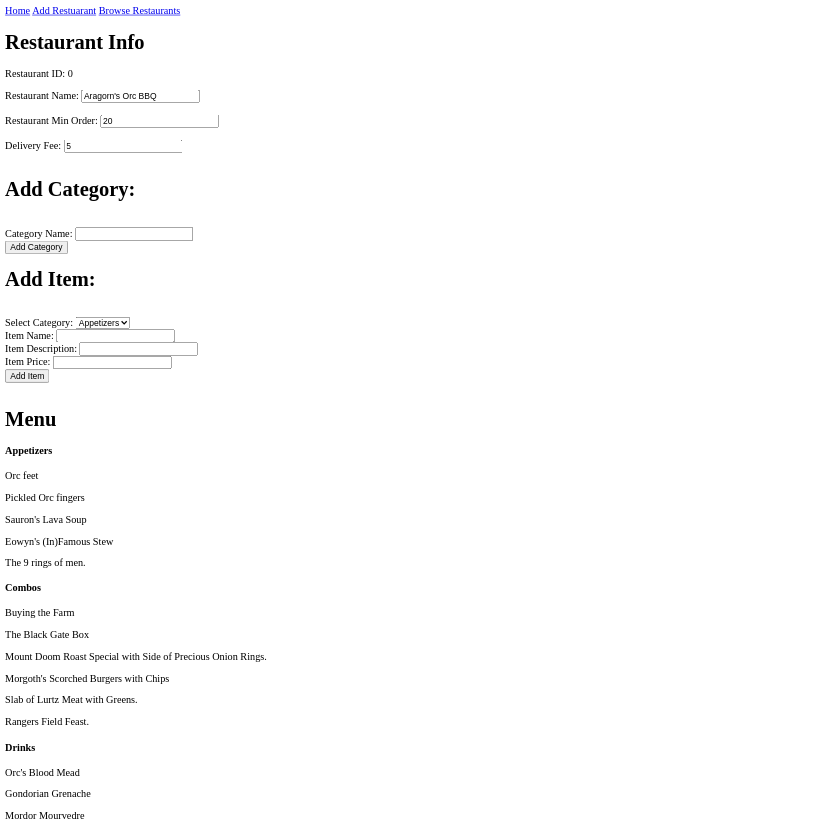
Repository: hudaali14/Carleton
Page: http://localhost/restaurants/0
An editor plug-in stored every save of this project. The page is shown before and after the next save, followed by the edit.
The browser window is 1280 px wide. The pictures show the whole page, at 64% of full size.
The page is served by the project's Node server (server.js).

Above is the page before, as saved 2020-03-12 18:34:43.

### 2406/Assignments/Assignment3 (100)/views/pages/restaurantpage.pug
html
    head
        title  You Want Food?
body
    include ../partials/header

    h1 Restaurant Info
    p Restaurant ID: #{restaurant.id}
    | Restaurant Name:
    input(type= "text", id="restaurantnamepage", value = restaurant.name)
    br
    br
    | Restaurant Min Order:
    input(type= "text", id="restaurantname", value = restaurant.min_order)
    br
    br
    | Delivery Fee:
    input(type= "text", id="restaurantname", value = restaurant.delivery_fee)
    br
    br

    h1 Add Category:
    br
    | Category Name:
    input(type= "text", id="restaurantname")
    br

    button(type="button", id="submitbutton") Add Category


    h1 Add Item:
    br
    | Select Category:
    - let menu = Object.keys(restaurant.menu);
    select
        each category in menu
            option=category
    br
    | Item Name:
    input(type= "text", id="restaurantnamepage")
    br
    | Item Description:
    input(type= "text", id="restaurantname")
    br
    | Item Price:
    input(type= "text", id="restaurantname")
    br
    button(type="button", id="additembutton") Add Item
    br
    br

    h1 Menu

    each category in menu
        h4 #{category}
        - let items = Object.keys(restaurant.menu[category])
        each id in items
            - let item = restaurant.menu[category][id];
            p #{item.name}

### 2406/Assignments/Assignment3 (100)/views/partials/header.pug
div#header
	a(href="/") Home
	|
	a(href="/addrestaurant") Add Restuarant
	|
	a(href="/restaurants") Browse Restaurants
	|

### 2406/Assignments/Assignment3 (100)/server.js
const express = require('express');
const fs = require("fs");
let app = express();


app.set("view engine", "pug");
app.use(express.json())

// app.use(bodyParser.json());
// app.use(bodyParser.urlencoded({ extended: true }));

let restaurants = [];
let restaurantNames = {names: []};
let restaurantIDs = {restaurants: []};
let id = 0;

//Reads all files in restaurant directory
fs.readdir("./restaurants/", function(err, filenames) {
    if (err) {
        response.statusCode = 500;
        response.end("Error reading file.");
        return;
    }
    filenames.forEach(function(filename) {
        fs.readFile("./restaurants/" + filename, 'utf-8', function(err, content) {
            if (err) {
                response.statusCode = 500;
                response.end("Error reading file.");
                return;
			}
            //Saves files to restaurant array
            let res = JSON.parse(content);
			restaurants[res.id] = res;
			//Saves names in restuarantNames array
            restaurantNames.names.push({name: restaurants[res.id].name, id: restaurants[res.id].id});
            restaurantIDs.restaurants.push(restaurants[res.id].id);
            id++;
		});
    });
});

app.get("/", setPage);
app.get("/restaurants", getRestaurants);
app.get("/addrestaurant", addRestaurant);
app.get("/client.js", getClient);
app.get("/restaurants/:restID", getRestaurantId);
app.post("/restaurants", createRestaurant);


function setPage(req, res, next){
    res.format({
        "text/html": function(){
            res.status(200).render("pages/home");
        }
    });
}

function getRestaurants(req, res, next){
    res.format({
        "text/html": function(){
            res.status(200).render("pages/restaurants", {restaurantNames: restaurantNames.names});
        },
        "application/json": function(){
            res.status(200).json(restaurantIDs);
        }
    });
}

function addRestaurant(req, res, next){
    res.format({
        "text/html": function(){
            res.status(200).render("pages/addrestaurant");
        }
    });
}

function getClient(req, res, next){
    fs.readFile("client.js", function(err, data){
        if(err){
            res.statusCode = 500;
            res.end("Error reading file.");
            return;
        }
        res.status(200).send(data);
        return;
    });
}

function createRestaurant(req, res, next){
    res.format({
        "application/json": function(){
            let restaurant = {};
            restaurant.id = id;
            id++;
            restaurant.name = req.body.name;
            restaurant.delivery_fee = parseInt(req.body.delivery_fee);
            restaurant.min_order= parseInt(req.body.min_order);
            restaurant.menu = {};
            restaurants[restaurant.id] = restaurant;
            res.status(200).json(restaurant);

        }
    });
}

function getRestaurantId(req, res, next){
    let resid = req.url.split("/");
    res.format({
        "text/html": function(){
            res.status(200).render("pages/restaurantpage", {restaurant: restaurants[resid[2]]});
        },
        "application/json": function(){
            res.status(200).json(restaurants[resid[2]]);
        }
    });
}

app.listen(3000);
console.log("Server listening at http://localhost:3000");

### 2406/Assignments/Assignment3 (100)/restaurants/aragorn.json
{
  "id": 0,
  "name": "Aragorn's Orc BBQ",
  "min_order": 20,
  "delivery_fee": 5,
  "menu": {
    "Appetizers": {
      "0": {
        "name": "Orc feet",
        "description": "Seasoned and grilled over an open flame.",
        "price": 5.5
      },
      "1": {
        "name": "Pickled Orc fingers",
        "description": "Served with warm bread, 5 per order.",
        "price": 4
      },
      "2": {
        "name": "Sauron's Lava Soup",
        "description": "It's just really spicy water.",
        "price": 7.5
      },
      "3": {
        "name": "Eowyn's (In)Famous Stew",
        "description": "Bet you can't eat it all.",
        "price": 0.5
      },
      "4": {
        "name": "The 9 rings of men.",
        "description": "The finest of onion rings served with 9 different dipping sauces.",
        "price": 14.5
      }
    },
    "Combos": {
      "5": {
        "name": "Buying the Farm",
        "description": "An arm and a leg, a side of cheek meat, and a buttered biscuit.",
        "price": 15.99
      },
      "6": {
        "name": "The Black Gate Box",
        "description": "Lots of unidentified pieces. Serves 50.",
        "price": 65
      },
      "7": {
        "name": "Mount Doom Roast Special with Side of Precious Onion Rings.",
        "description": "Smeagol's favorite.",
        "price": 15.75
      },
      "8": {
        "name": "Morgoth's Scorched Burgers with Chips",
        "description": "Blackened beyond recognition.",
        "price": 13.33
      },
      "10": {
        "name": "Slab of Lurtz Meat with Greens.",
        "description": "Get it while supplies last.",
        "price": 17.5
      },
      "11": {
        "name": "Rangers Field Feast.",
        "description": "Is it chicken? Is it rabbit? Or...",
        "price": 5.99
      }
    },
    "Drinks": {
      "12": {
        "name": "Orc's Blood Mead",
        "description": "It's actually raspberries - Orc's blood would be gross.",
        "price": 5.99
      },
      "13": {
        "name": "Gondorian Grenache",
        "description": "A fine rose wine.",
        "price": 7.99
      },
      "14": {
        "name": "Mordor Mourvedre",
        "description": "A less-fine rose wine.",
        "price": 5.99
      }
    }
  }
}

### 2406/Assignments/Assignment3 (100)/restaurants/frodo.json
{
  "id": 2,
  "name": "Frodo's Flapjacks",
  "min_order": 35,
  "delivery_fee": 6,
  "menu": {
    "Breakfast": {
      "0": {
        "name": "Hobbit Hash",
        "description": "Five flapjacks, potatoes, leeks, garlic, cheese.",
        "price": 9
      },
      "1": {
        "name": "The Full Flapjack Breakfast",
        "description": "Eight flapjacks, two sausages, 3 eggs, 4 slices of bacon, beans, and a coffee.",
        "price": 14
      },
      "2": {
        "name": "Southfarthing Slammer",
        "description": "15 flapjacks and 2 pints of syrup.",
        "price": 12
      }
    },
    "Second Breakfast": {
      "3": {
        "name": "Beorning Breakfast",
        "description": "6 flapjacks smothers in honey.",
        "price": 7.5
      },
      "4": {
        "name": "Shire Strawberry Special",
        "description": "6 flapjacks and a hearty serving of strawberry jam.",
        "price": 8
      },
      "5": {
        "name": "Buckland Blackberry Breakfast",
        "description": "6 flapjacks covered in fresh blackberries. Served with a large side of sausage.",
        "price": 14.99
      }
    },
    "Elevenses": {
      "6": {
        "name": "Lembas",
        "description": "Three pieces of traditional Elvish Waybread",
        "price": 7.7
      },
      "7": {
        "name": "Muffins of the Marish",
        "description": "A variety of 8 different types of muffins, served with tea.",
        "price": 9
      },
      "8": {
        "name": "Hasty Hobbit Hash",
        "description": "Potatoes with onions and cheese. Served with coffee.",
        "price": 5
      }
    },
    "Luncheon": {
      "9": {
        "name": "Shepherd's Pie",
        "description": "A classic. Includes 3 pies.",
        "price": 15.99
      },
      "10": {
        "name": "Roast Pork",
        "description": "An entire pig slow-roasted over a fire.",
        "price": 27.99
      },
      "11": {
        "name": "Fish and Chips",
        "description": "Fish - fried. Chips - nice and crispy.",
        "price": 5.99
      }
    },
    "Afternoon Tea": {
      "12": {
        "name": "Tea",
        "description": "Served with sugar and cream.",
        "price": 3
      },
      "13": {
        "name": "Coffee",
        "description": "Served with sugar and cream.",
        "price": 3.5
      },
      "14": {
        "name": "Cookies and Cream",
        "description": "A dozen cookies served with a vat of cream.",
        "price": 15.99
      },
      "15": {
        "name": "Mixed Berry Pie",
        "description": "Fresh baked daily.",
        "price": 7
      }
    },
    "Dinner": {
      "16": {
        "name": "Po-ta-to Platter",
        "description": "Boiled. Mashed. Stuck in a stew.",
        "price": 6
      },
      "17": {
        "name": "Bree and Apple",
        "description": "One wheel of brie with slices of apple.",
        "price": 7.99
      },
      "18": {
        "name": "Maggot's Mushroom Mashup",
        "description": "It sounds disgusting, but its pretty good",
        "price": 6.5
      },
      "19": {
        "name": "Fresh Baked Bread",
        "description": "A whole loaf of the finest bread the Shire has to offer.",
        "price": 6
      },
      "20": {
        "name": "Pint of Ale",
        "description": "Yes, it comes in pints.",
        "price": 5
      }
    },
    "Supper": {
      "21": {
        "name": "Sausage Sandwich",
        "description": "Six whole sausages served on a loaf of bread. Covered in onions, mushrooms and gravy.",
        "price": 15.99
      },
      "22": {
        "name": "Shire Supper",
        "description": "End the day as you started it, with a dozen flapjacks, 5 eggs, 3 sausages, 7 pieces of bacon, and a pint of ale.",
        "price": 37.99
      }
    }
  }
}

### 2406/Assignments/Assignment3 (100)/restaurants/legolas.json
{
  "id": 1,
  "name": "Lembas by Legolas",
  "min_order": 15,
  "delivery_fee": 3.99,
  "menu": {
    "Lembas": {
      "0": {
        "name": "Single",
        "description": "One piece of lembas.",
        "price": 3
      },
      "1": {
        "name": "Double",
        "description": "Two pieces of lembas.",
        "price": 5.5
      },
      "2": {
        "name": "Triple",
        "description": "Three pieces, which should be more than enough.",
        "price": 8
      }
    },
    "Combos": {
      "3": {
        "name": "Second Breakfast",
        "description": "Two pieces of lembas with honey.",
        "price": 7.5
      },
      "4": {
        "name": "There and Back Again",
        "description": "All you need for a long journey - 6 pieces of lembas, salted pork, and a flagon of wine.",
        "price": 25.99
      },
      "5": {
        "name": "Best Friends Forever",
        "description": "Lembas and a heavy stout.",
        "price": 6.6
      }
    }
  }
}

After the next save:
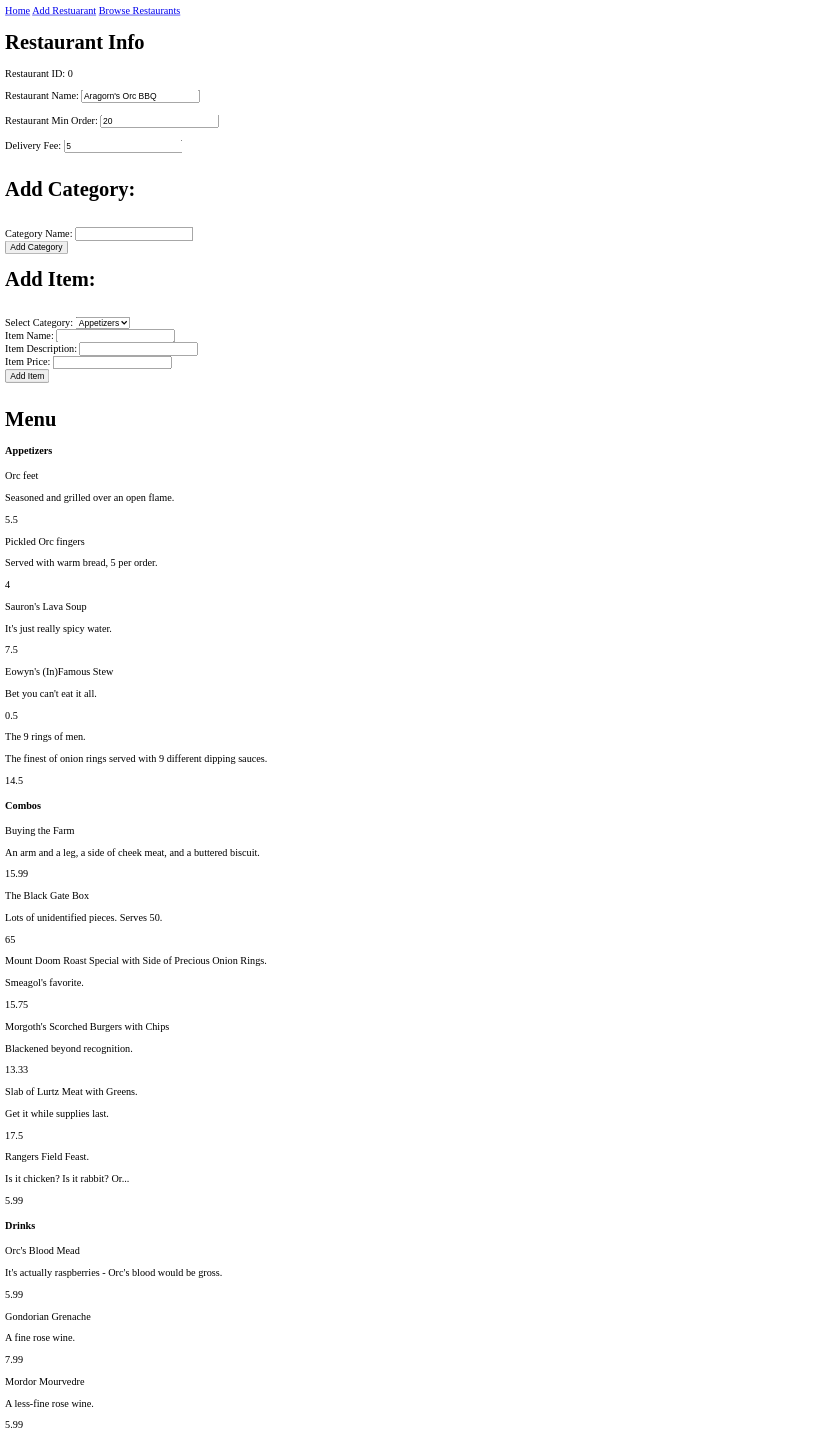
Saved 20 s later.
--- a/2406/Assignments/Assignment3 (100)/views/pages/restaurantpage.pug
+++ b/2406/Assignments/Assignment3 (100)/views/pages/restaurantpage.pug
@@ -57,3 +57,5 @@ body
         each id in items
             - let item = restaurant.menu[category][id];
             p #{item.name}
+            p #{item.description}
+            p #{item.price}
